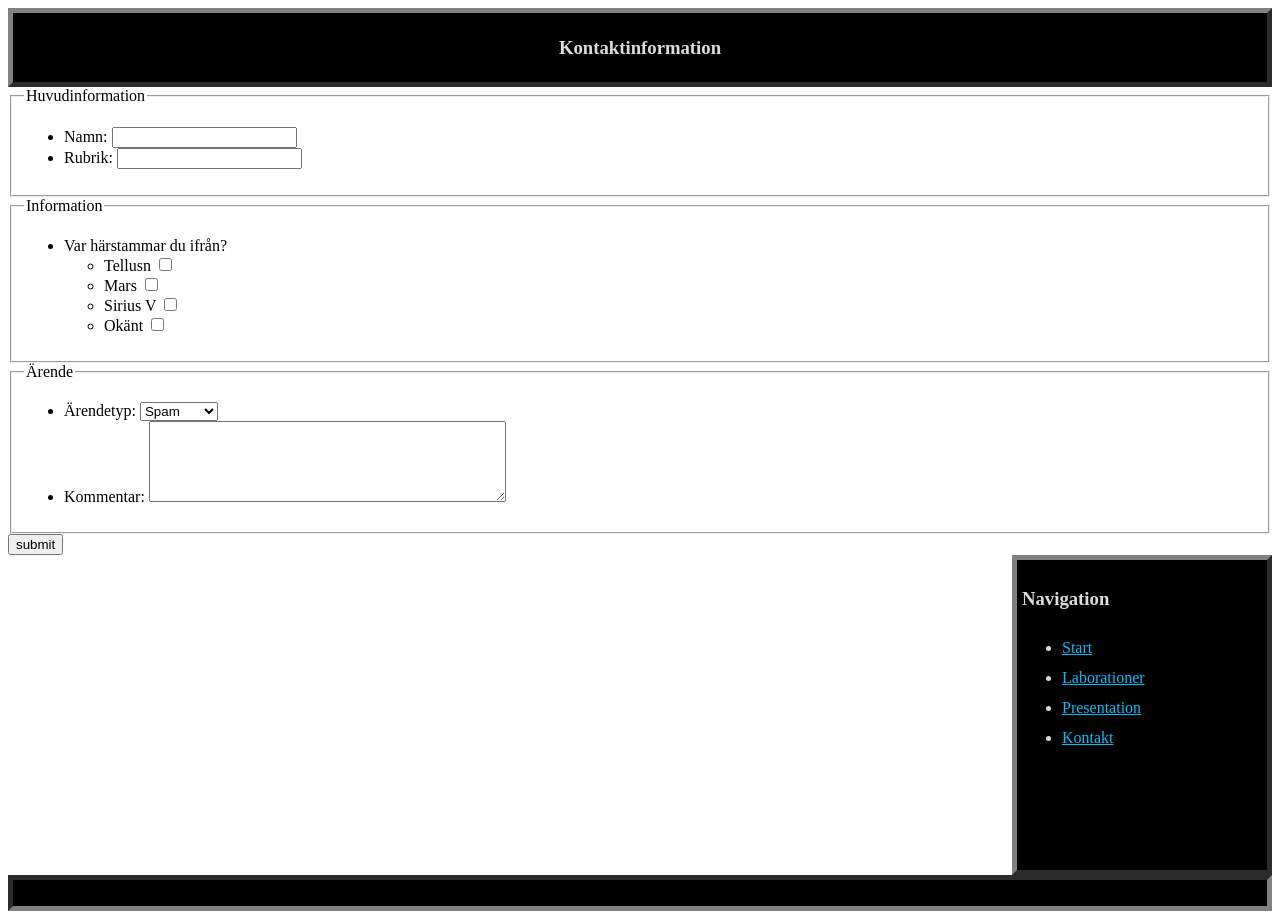
Repository: cg222im/1IK415_cg222im
Page: pages/kontakt.html
The author's editor kept a record of every edit. The page is drawn from the files as they stood at one moment, then again after the next edit.
The browser window is 1280 px wide. The pictures show the whole page.

Above is the page before.

After the next edit:
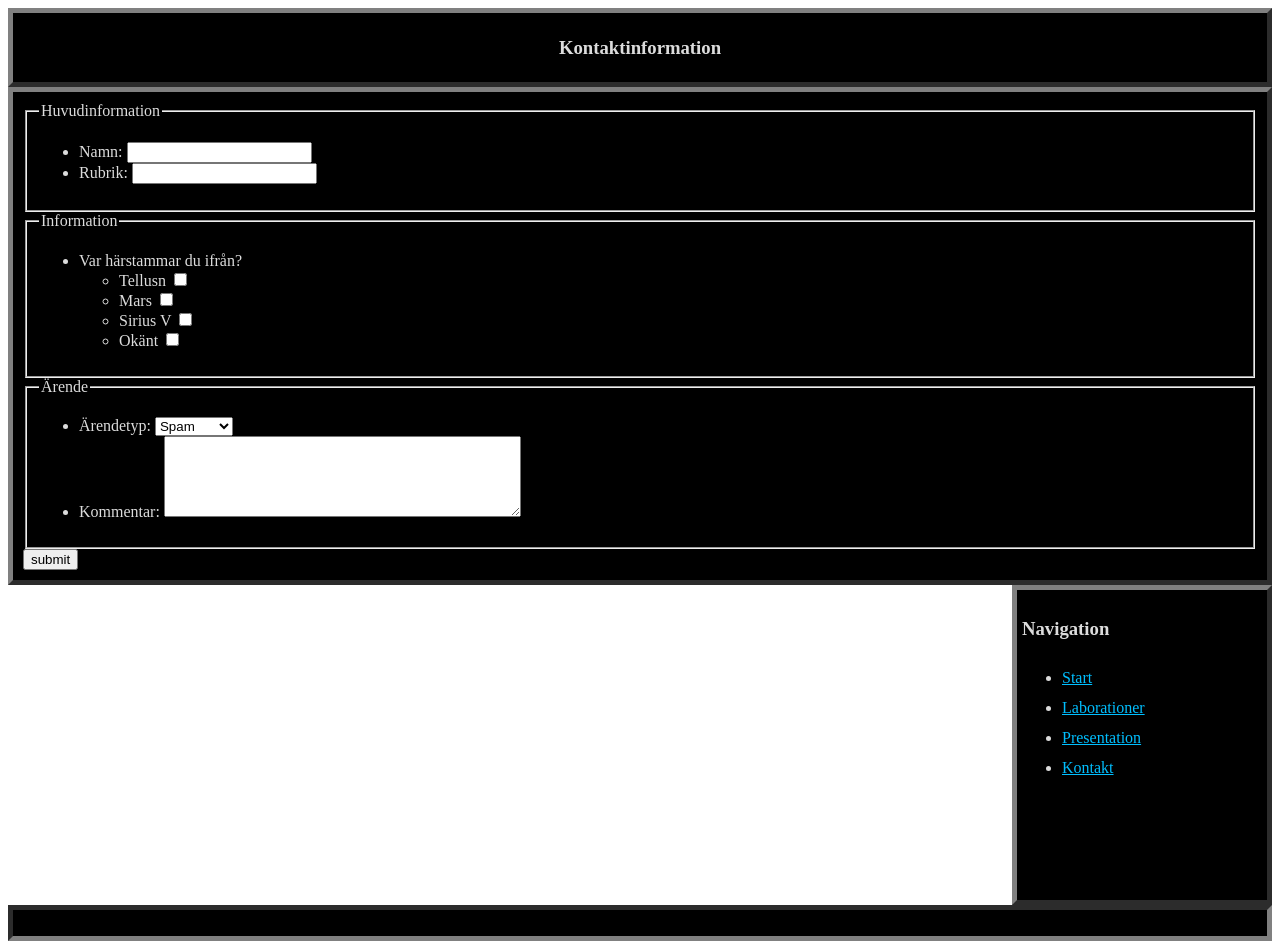
The edit:
--- a/pages/kontakt.html
+++ b/pages/kontakt.html
@@ -12,7 +12,7 @@
         <h3>Kontaktinformation</h3>
     </div>
 
-    <div id="form">
+    <div id="main">
         <form id="contact-form" action="http://voyager.lnu.se/tekinet/kurser/dtt/wp_webbintro/form.php" method="post">
             <input type="hidden"/>
 
